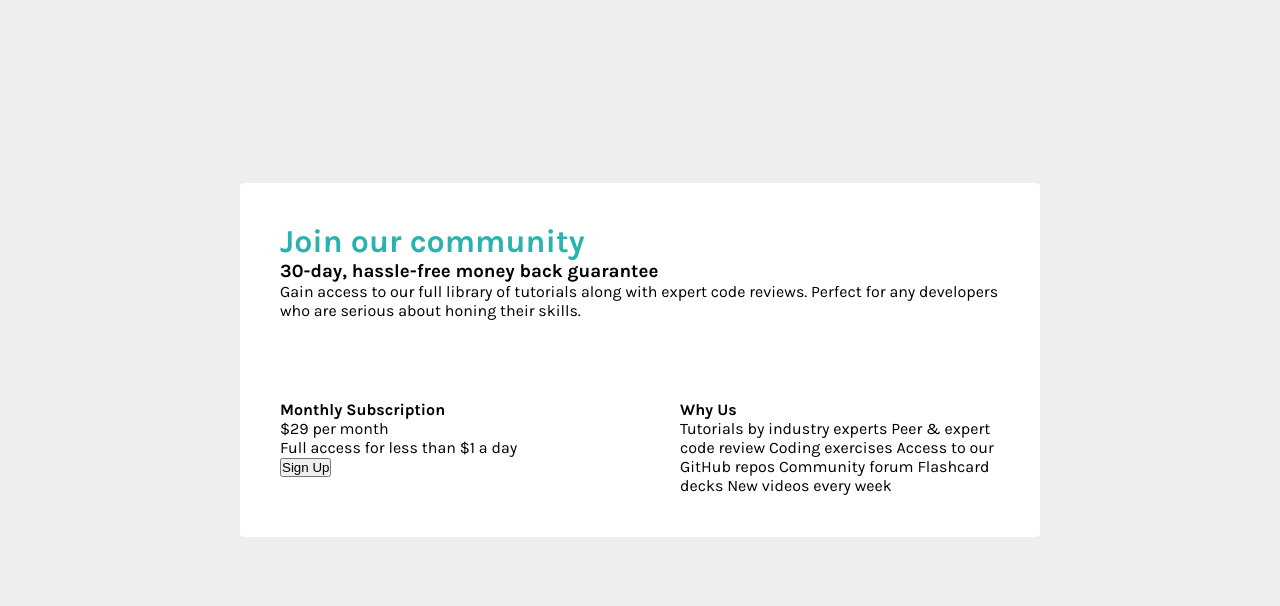
Repository: Akashiii1/WebSingleGrid_Day3
Page: index.html
These files come from the project's save history. The page is drawn as it stood at one moment and after the next save; the edit follows.
The browser window is 1280 px wide. The pictures show the whole page.

Above is the page before, as saved 2021-12-22 01:02:55.

After the next save:
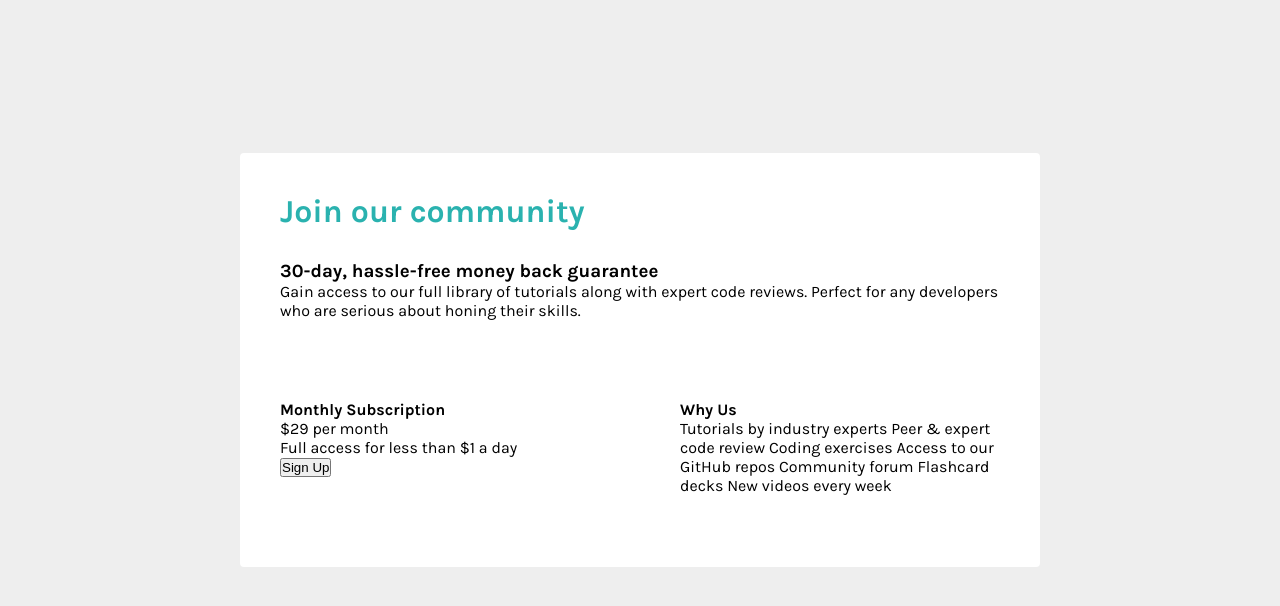
Saved 20 s later.
--- a/style.css
+++ b/style.css
@@ -73,4 +73,5 @@ body{
 .item1 h1{
   font-size: 32px;
   color:var(--Cyan) ;
+  margin-bottom: 30px;
 }
